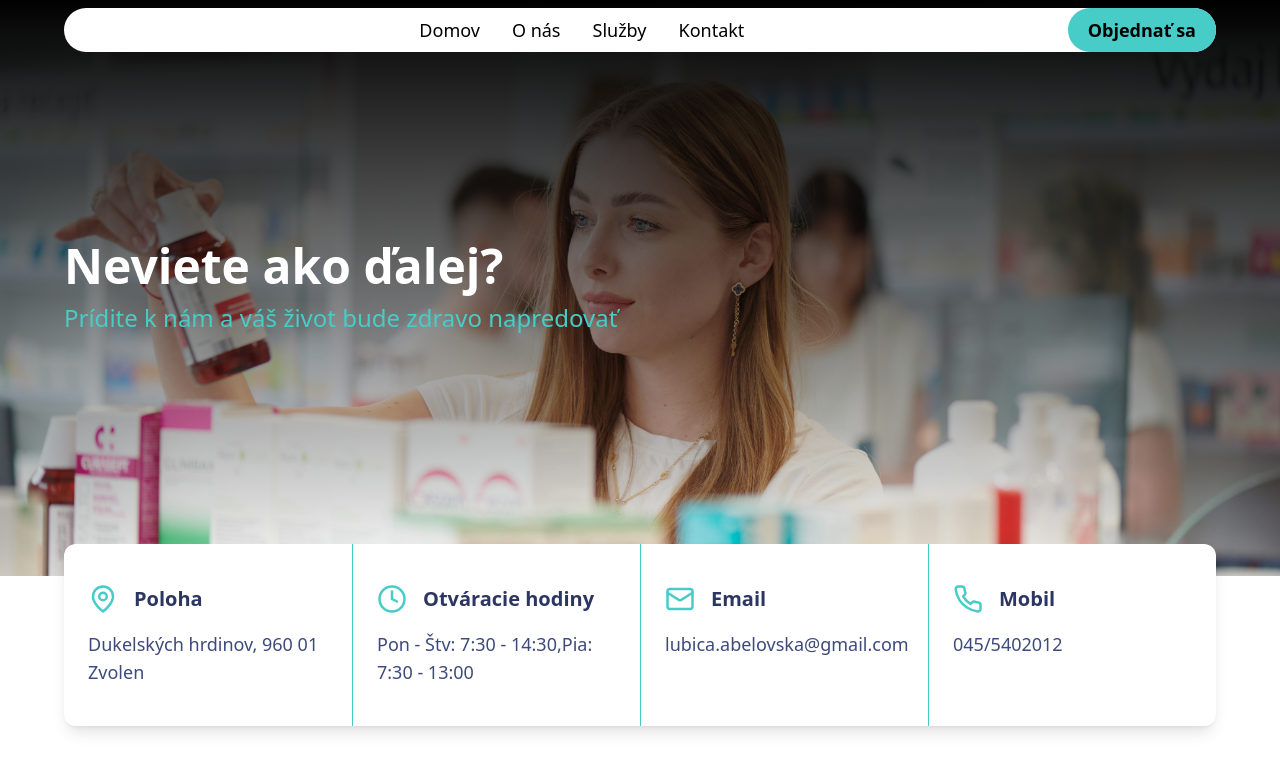
Repository: SimonSkoda13/Lekaren
Page: /
The author's editor kept a copy of each file at every save. The page is drawn from the files as they stood at one save, then again after the next save.
The browser window is 1280 px wide. The pictures show the whole page.
The project was rebuilt for these pictures with package versions that can differ from the ones it lists, and the page was loaded fresh each time. The framework's server and built-in components were replaced by stand-ins that run in the browser. Also part of the build but not shown: next.config.js.

Above is the page before, as saved 2023-04-22 19:33:42.

### src/app/layout.tsx
import { Header } from "./components/Header/Header";
import "./globals.css";
import { Poppins } from "next/font/google";

export const metadata = {
  title: "Create Next App",
  description: "Generated by create next app",
};

export default function RootLayout({
  children,
}: {
  children: React.ReactNode;
}) {
  return (
    <html lang="en">
      <body className="bg-white min-h-[100vh]">
        <Header />
        <main>{children}</main>
        <footer></footer>
      </body>
    </html>
  );
}

### src/app/page.tsx
import Image from "next/image";
import { Inter } from "next/font/google";
import { HomeHero } from "./components/HomeHero/HomeHero";
import { Contact } from "./components/Contact/Contact";
import { Phone, MapPin, Clock4, Mail } from "lucide-react";

const inter = Inter({ subsets: ["latin"] });

// page with

export default function Home() {
  return (
    <>
      <HomeHero
        title={"Neviete ako ďalej?"}
        image={"/homeBanner.jpg"}
        description={"Prídite k nám a váš život bude zdravo napredovať"}
      />
      <Contact
        items={[
          {
            title: "Poloha",
            link: "https://goo.gl/maps/L5p9gij7kJ6iXfnA9",
            description: "Dukelských hrdinov, 960 01 Zvolen",
            icon: <MapPin size={30} className="stroke-primary" />,
          },
          {
            title: "Otváracie hodiny",
            link: "https://goo.gl/maps/L5p9gij7kJ6iXfnA9",
            description: "Pon - Štv:  7:30 - 14:30,Pia: 7:30 - 13:00",
            icon: <Clock4 size={30} className="stroke-primary" />,
          },
          {
            title: "Email",
            link: "mailto:lubica.abelovska@gmail.com",
            description: "lubica.abelovska@gmail.com",
            icon: <Mail size={30} className="stroke-primary" />,
          },
          {
            title: "Mobil",
            description: "045/5402012",
            link: "tel:045/5402012",
            icon: <Phone size={30} className="stroke-primary" />,
          },
        ]}
      />
    </>
  );
}

### src/app/components/Header/Header.tsx
import Link from "next/link";
import React from "react";

export interface HeaderProps {}

export const Header = (props: HeaderProps) => {
  const {} = props;
  return (
    <header className="cntn fixed w-full top-2 z-10">
      <div className="flex bg-white rounded-full ">
        {/* logo */}
        <div className="flex justify-center items-center px-4">
          <Link href="/">
            <img src="/headerLogo.svg" alt="logo" />
          </Link>
        </div>
        {/* nav */}
        <div className="py-2 px-4 flex gap-8 items-center mx-auto text-lg font-medium">
          <Link href="/">Domov</Link>
          <Link href="/onas">O nás</Link>
          <Link href="/sluzby">Služby</Link>
          <Link href="/kontakt">Kontakt</Link>
        </div>
        {/* button order self */}
        <div className="flex justify-center items-center px-5 p-0 bg-primary rounded-full text-lg font-bold">
          <Link href="/order">Objednať sa</Link>
        </div>
      </div>
    </header>
  );
};

### src/app/globals.css
@tailwind base;
@tailwind components;
@tailwind utilities;

@layer components {
  .cntn {
    @apply mx-auto px-4  max-w-screen-xl md:px-16;
  }
}

### src/app/components/HomeHero/HomeHero.tsx
import Image from "next/image";
import React from "react";
import { ImageGradient } from "./ImageGradient/ImageGradient";

export interface HomeHeroProps {
  title: string;
  image: string;
  description: string;
}

export const HomeHero = (props: HomeHeroProps) => {
  const { title, image, description } = props;
  return (
    <section className="relative h-[80vh] z-0 px-0">
      <div className="w-full h-full absolute left-0 top-0 ">
        {/* make filter for image to odd brightness from top biggest to bottom lowest */}
        <ImageGradient>
          <Image
            src={image}
            alt="Next.js logo"
            fill
            style={{
              objectFit: "cover",
              objectPosition: "center",
            }}
          />
        </ImageGradient>
      </div>
      <div className="cntn relative gap-3 h-full flex justify-center flex-wrap flex-col z-10">
        <h1 className="text-5xl font-bold text-white">{title}</h1>
        <p className="text-2xl text-primary">{description}</p>
      </div>
    </section>
  );
};

### src/app/components/Contact/Contact.tsx
import { Phone } from "lucide-react";
import { Url } from "next/dist/shared/lib/router/router";
import Image from "next/image";
import Link from "next/link";
import React, { ReactNode } from "react";

export interface ContactProps {
  items?: {
    title: string;
    description: string;
    icon: ReactNode;
    link?: string;
  }[];
}

export const Contact = (props: ContactProps) => {
  const { items } = props;
  return (
    <section className="cntn z-10 relative top-[-2rem]">
      <div className="w-full h-full grid grid-cols-2 md:grid-cols-4 items-start bg-white rounded-xl shadow-lg divide-x divide-primary">
        {items?.map((item) => (
          <Link href={item?.link as Url} className="h-full">
            <div className="flex flex-col items-start gap-4 p-6 py-10">
              <div className="flex w-full flex-row gap-4 items-center">
                {item.icon}
                <h2 className="text-xl font-bold text-secondary">
                  {item.title}
                </h2>
              </div>
              <p className="text-lg font-medium text-secondary-light">
                {item.description}
              </p>
            </div>
          </Link>
        ))}
      </div>
    </section>
  );
};

### src/app/components/HomeHero/ImageGradient/ImageGradient.tsx
import React from "react";

export interface ImageGradientProps {
  children: React.ReactNode;
}

export const ImageGradient = (props: ImageGradientProps) => {
  const { children } = props;
  return (
    <div className="relative w-full h-full overflow-hidden z-10">
      <div className="absolute inset-0 z-10 bg-gradient-to-b from-black"></div>
      {children}
    </div>
  );
};

### tailwind.config.js
/** @type {import('tailwindcss').Config} */
module.exports = {
  content: [
    "./src/pages/**/*.{js,ts,jsx,tsx,mdx}",
    "./src/components/**/*.{js,ts,jsx,tsx,mdx}",
    "./src/app/**/*.{js,ts,jsx,tsx,mdx}",
  ],
  theme: {
    extend: {
      colors: {
        primary: "#47CCC8",
        secondary: "#2D3663",
        "secondary-light": "#3D4A7C",
      },
    },
  },
  plugins: [],
};

After the next save:
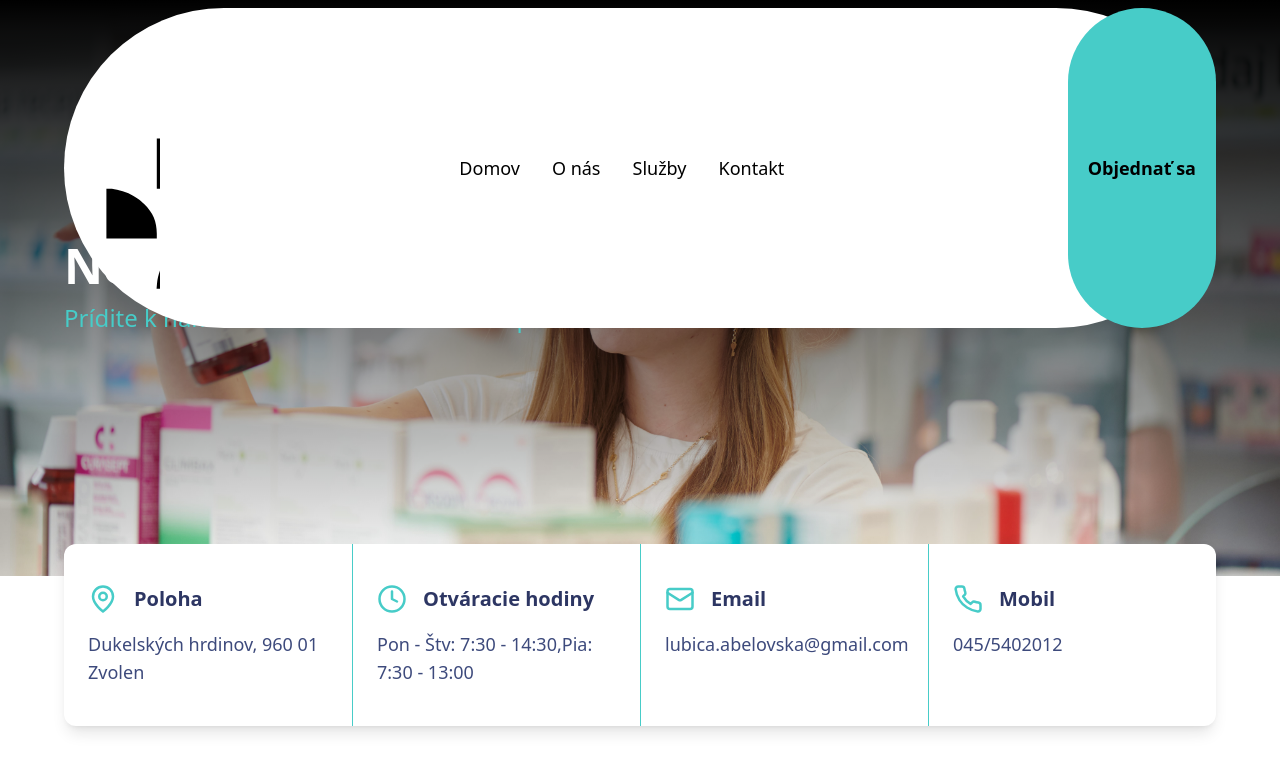
Saved 2 min 25 s later.
--- a/src/app/components/Header/Header.tsx
+++ b/src/app/components/Header/Header.tsx
@@ -11,7 +11,7 @@ export const Header = (props: HeaderProps) => {
         {/* logo */}
         <div className="flex justify-center items-center px-4">
           <Link href="/">
-            <img src="/headerLogo.svg" alt="logo" />
+            <img src="/headerLogo.svg" alt="logo" className="w-20 h-17" />
           </Link>
         </div>
         {/* nav */}
